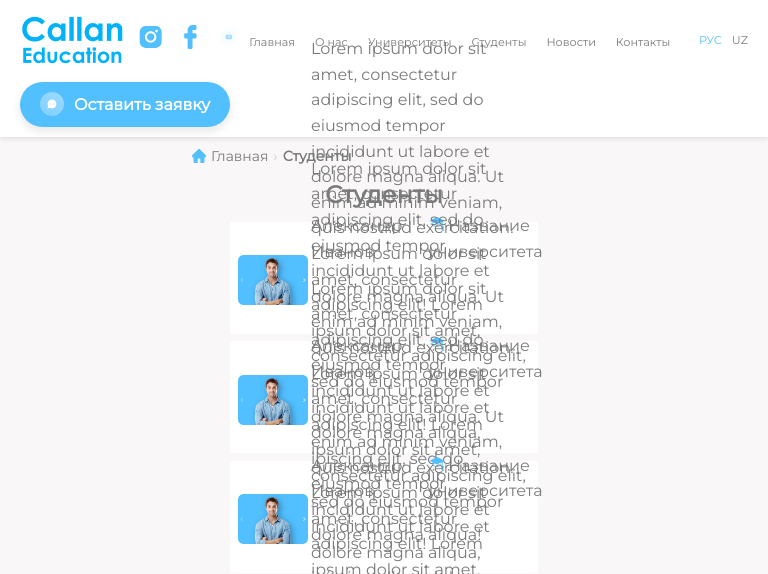
Repository: olyakorzh/Team-project-1
Page: assets/pages/students.html
An editor plug-in stored every save of this project. The page is shown before and after the next save, followed by the edit.
The browser window is 768 px wide. The pictures show the part of the page from y = 0 to 574 px (the page is 2625 px tall).
Pictures or frames that could not be fetched are drawn as grey boxes.

Above is the page before, as saved 2024-12-08 17:38:34.

### assets/pages/students.html
<!DOCTYPE html>
<html lang="ru">
<head>
    <meta charset="UTF-8">
    <meta name="viewport" content="width=device-width, initial-scale=1.0">
    <title>Студенты</title>
    <link rel="stylesheet" href="/assets/styles/students.css" />
</head>
<body>
  <header class="header">
    <div class="header__container">
      <div class="header__logo">
        <img src="../img/main.img/Logo.png" alt="Callan Education" />
      </div>
      <nav class="header__media">
        <ul class="header__media-list">
          <li class="header__media-item">
            <a href="#" class="header__media-link">
              <img
                src="../img/aboutus.img/header_instagramm.svg"
                alt="Instagram"
                class="header__media-icon"
              />
            </a>
          </li>
          <li class="header__media-item">
            <a href="#" class="header__media-link">
              <img
                src="../img/aboutus.img/header_facebook.svg"
                alt="Facebook"
                class="header__media-icon"
              />
            </a>
          </li>
          <li class="header__media-item">
            <a href="#" class="header__media-link">
              <img
                src="../img/aboutus.img/header_youtube.svg"
                alt="YouTube"
                class="header__media-icon"
              />
            </a>
          </li>
        </ul>
      </nav>
      <nav class="header__nav">
        <ul class="menu">
          <li class="menu__item">
            <a href="main.html" class="menu__link">Главная</a>
          </li>
          <li class="menu__item">
            <a href="aboutus.html" class="menu__link">О нас</a>
          </li>
          <li class="menu__item">
            <a href="uni.html" class="menu__link">Университеты</a>
          </li>
          <li class="menu__item">
            <a href="students.html" class="menu__link">Студенты</a>
          </li>
          <li class="menu__item">
            <a href="news.html" class="menu__link">Новости</a>
          </li>
          <li class="menu__item">
            <a href="cont.html" class="menu__link">Контакты</a>
          </li>
        </ul>
        <button class="nav_burger">
          <div class="nav_strip">Главная</div>
          <div class="nav_strip">О нас</div>
          <div class="nav_strip">Университеты</div>
          <div class="nav_strip">Студенты</div>
          <div class="nav_strip">Новости</div>
          <div class="nav_strip">Контакты</div>
        </button>
      </nav>
      <div class="header__language">
        <ul class="header__language-list">
          <li class="header__language-item header__language-item--active">
            РУС
          </li>
          <li class="header__language-item">UZ</li>
        </ul>
      </div>

      <div class="header__actions">
        <a href="#" class="header__button">
          <span class="header__button-icon">
            <img
              src="../img/aboutus.img/header_message.svg"
              alt="Chat Icon"
            />
          </span>
          Оставить заявку
        </a>
      </div>
    </div>
  </header>
      <main>
        <section class="navigation-path">
          <div class="navigation-path__container">
            <a href="./main.html" class="navigation-path__link">
              <img
                src="../img/aboutus.img/bread_home.svg"
                alt="Home"
                class="navigation-path__icon"
              />
              Главная
            </a>
            <span class="navigation-path__separator">›</span>
            <span class="navigation-path__current">Студенты</span>
          </div>
        </section>
          <h2>Студенты</h2>
          <div class="basic">
            <div class="containerstudent"><div class="block_foto"><img src="../img/students.img/photo.png" width="120%" height="100%" alt="Фото студента"></div>
            <div class="block1">Александр Иванов</div>
            <div class="block2"><img src="../img/students.img/uni.png" alt="Шапка студента"> Название университета</div>
            <div class="block3">Lorem ipsum dolor sit amet, consectetur adipiscing elit, sed do eiusmod tempor incididunt ut labore et dolore magna aliqua. Ut enim ad minim veniam, quis nostrud exercitation. Lorem ipsum dolor sit amet, consectetur adipiscing elit! Lorem ipsum dolor sit amet, consectetur adipiscing elit, sed do eiusmod tempor incididunt ut labore et dolore magna aliqua, ipiscing elit, sed do eiusmod tempor incididunt ut labore et dolore magna aliqua!</div>
           </div>
        </div>
        <div class="basic">
          <div class="containerstudent"><div class="block_foto"><img src="../img/students.img/photo.png" width="120%" height="100%" alt="Фото студента"></div>
          <div class="block1">Александр Иванов</div>
          <div class="block2"><img src="../img/students.img/uni.png" alt="Шапка студента"> Название университета</div>
          <div class="block3">Lorem ipsum dolor sit amet, consectetur adipiscing elit, sed do eiusmod tempor incididunt ut labore et dolore magna aliqua. Ut enim ad minim veniam, quis nostrud exercitation. Lorem ipsum dolor sit amet, consectetur adipiscing elit! Lorem ipsum dolor sit amet, consectetur adipiscing elit, sed do eiusmod tempor incididunt ut labore et dolore magna aliqua, ipiscing elit, sed do eiusmod tempor incididunt ut labore et dolore magna aliqua!</div>
         </div>
        </div>
        <div class="basic">
          <div class="containerstudent"><div class="block_foto"><img src="../img/students.img/photo.png" width="120%" height="100%" alt="Фото студента"></div>
          <div class="block1">Александр Иванов</div>
          <div class="block2"><img src="../img/students.img/uni.png" alt="Шапка студента"> Название университета</div>
          <div class="block3">Lorem ipsum dolor sit amet, consectetur adipiscing elit, sed do eiusmod tempor incididunt ut labore et dolore magna aliqua. Ut enim ad minim veniam, quis nostrud exercitation. Lorem ipsum dolor sit amet, consectetur adipiscing elit! Lorem ipsum dolor sit amet, consectetur adipiscing elit, sed do eiusmod tempor incididunt ut labore et dolore magna aliqua, ipiscing elit, sed do eiusmod tempor incididunt ut labore et dolore magna aliqua!</div>
         </div>
        </div>

        <section class="contact">
          <div class="contact__container">
            <div class="contact__left">
              <img
                src="../img/aboutus.img/contact_girl.svg"
                alt="Девушка"
                class="contact__woman"
              />
              <img
                src="../img/aboutus.img/contact_flag.svg"
                alt="Флаг"
                class="contact__flag"
              />
            </div>
            <div class="contact__right">
              <h2 class="contact__title">Связаться с нами</h2>
              <p class="contact__subtitle">
                Оставьте свои данные и наш специалист обязательно свяжется с Вами в
                течение дня
              </p>

              <form class="contact__form">
                <div class="contact__field">
                  <input
                    type="text"
                    class="contact__input"
                    placeholder="Ваше имя"
                  />
                  <img
                    src="../img/aboutus.img/contact_edit_people.svg"
                    alt="Иконка пользователя"
                    class="contact__icon"
                  />
                </div>
                <div class="contact__field">
                  <input
                    type="tel"
                    class="contact__input"
                    placeholder="Номер телефона"
                  />
                  <img
                    src="../img/aboutus.img/contact_edit_phone.svg"
                    alt="Иконка телефона"
                    class="contact__icon"
                  />
                </div>
                <div class="contact__field">
                  <textarea
                    class="contact__textarea"
                    placeholder="Дополнительные комментарии"
                  ></textarea>
                  <img
                    src="../img/aboutus.img/contact_edit_message.svg"
                    alt="Иконка комментария"
                    class="contact__icon"
                  />
                </div>
                <button class="contact__button">
                  <img
                    src="../img/aboutus.img/contact_telegramm_icon.svg"
                    alt="Иконка отправления"
                  />
                  Отправить
                </button>
              </form>
            </div>
            <img
              src="../img/service.img/pencil.png"
              alt="Карандаш"
              class="contact__pencil"
            />
          </div>
        </section>

        <section class="questions">
          <div class="questions__container">
            <!-- Заголовки -->
            <div class="questions__header">
              <h2 class="questions__title">Остались вопросы?</h2>
              <p class="questions__subtitle">
                Свяжитесь с нами и мы ответим на все ваши вопросы
              </p>
            </div>

            <div class="questions__content">
              <!-- Форма -->
              <div class="questions__form">
                <ul class="questions__info">
                  <li class="questions__item">
                    <img
                      src="../img/service.img/call.png"
                      alt="Иконка"
                      class="questions__icon"
                    />
                    <div class="questions__text">
                      <strong>Телефоны</strong>
                      <p>+998 (99) 878-63-99<br />+998 (99) 878-63-99</p>
                    </div>
                  </li>
                  <li class="questions__item">
                    <img
                      src="../img/service.img/location.png"
                      alt="Иконка"
                      class="questions__icon"
                    />
                    <div class="questions__text">
                      <strong>Адрес</strong>
                      <p>г. Город, ул. Улица, 24 (Офис 24)</p>
                    </div>
                  </li>
                  <li class="questions__item">
                    <img
                      src="../img/service.img/time.png"
                      alt="Иконка"
                      class="questions__icon"
                    />
                    <div class="questions__text">
                      <strong>Время работы</strong>
                      <p>Пн–Пт: 9:00 – 18:00</p>
                    </div>
                  </li>
                </ul>

                <button class="questions__button">
                  <img
                    src="../img/aboutus.img/quest_button_clock.svg"
                    alt="Связаться"
                  />
                  Связаться с нами
                </button>
              </div>
            </div>

            <img
              src="../img/service.img/tree.png"
              alt="Дерево"
              class="questions__tree"
            />
            <img
              src="../img/service.img/bus.png"
              alt="Автобус"
              class="questions__bus"
            />
          </div>
        </section>
      </main>
        <footer class="footer">
          <div class="footer__container">
            <!-- Первый этаж -->
            <div class="footer__icon">
              <img src="../img/service.img/callan.png" alt="Callan Education" />
            </div>
            <nav class="footer__nav">
              <ul class="footer__menu">
                <li class="footer__menu-item"><a href="main.html">Главная</a></li>
                <li class="footer__menu-item"><a href="aboutus.html">О нас</a></li>
                <li class="footer__menu-item">
                  <a href="services.html">Услуги</a>
                </li>
                <li class="footer__menu-item">
                  <a href="uni.html">Университеты</a>
                </li>
                <li class="footer__menu-item">
                  <a href="students.html">Студенты</a>
                </li>
                <li class="footer__menu-item"><a href="news.html">Новости</a></li>
                <li class="footer__menu-item">
                  <a href="contact.html">Контакты</a>
                </li>
              </ul>
            </nav>
            <div class="footer__social">
              <a href="#" class="footer__social-link">
                <img src="../img/service.img/inst.png" alt="Instagram" />
              </a>
              <a href="#" class="footer__social-link">
                <img src="../img/service.img/fb.png" alt="Facebook" />
              </a>
              <a href="#" class="footer__social-link">
                <img src="../img/service.img/TG.png" alt="Telegram" />
              </a>
            </div>

            <div class="footer__icon">
              <img src="../img/service.img/world.png" alt="WorldWide Education" />
            </div>
            <div class="footer__contacts">
              <div class="footer__contact-item">
                <img
                  src="../img/service.img/call.png"
                  alt="Телефон"
                  class="footer__icon"
                />
                +998 (99) 878-63-99 +998 (99) 878-63-99
              </div>
              <div class="footer__contact-item">
                <img
                  src="../img/service.img/time.png"
                  alt="Часы работы"
                  class="footer__icon"
                />
                Пн–Пт: 9:00 – 18:00
              </div>
              <div class="footer__contact-item">
                <img
                  src="../img/service.img/location.png"
                  alt="Адрес"
                  class="footer__icon"
                />
                <span>
                  <span class="footer__city">г. Город</span>
                  <span class="footer__address">ул. Улица, 24 (Офис 24)</span>
                </span>
              </div>
            </div>
          </div>
        </footer>
</body>
</html>

### assets/styles/students.css
@font-face {
    font-family: "Montserrat";
    src: url("../fonts/Montserrat/static/Montserrat-Regular.ttf")
      format("truetype");
    font-weight: normal;
    font-style: normal;
  }

  * {
    margin: 0;
    padding: 0;
    box-sizing: border-box;
  }

  body {
    font-family: Montserrat, sans-serif;
    font-size: 16px;
    line-height: 1.6;
    color: #7a7a7a;
    margin: 0;
    padding: 0;
    background-color: #f5f2f28e;
  }


  .header {
    width: 100%;
    background-color: white;
    box-shadow: 0 2px 5px rgba(0, 0, 0, 0.1);
    padding: 10px 20px;
  }

  .header__container {
    display: flex;
    align-items: center;
    justify-content: space-between;
    max-width: 1140px;
    margin: 0 auto;
  }

  .header__logo img {
    max-height: 54px;
    width: auto;
  }

  .header__media-list {
    display: flex;
    gap: 15px;
    list-style: none;
    padding: 0;
    margin: 0;
  }

  .header__media-icon {
    width: 24px;
    height: 24px;
  }

  .header__nav .menu {
    display: flex;
    gap: 20px;
    list-style: none;
    padding: 0;
    margin: 0;
  }

  .menu__link {
    text-decoration: none;
    color: #7a7a7a;
    font-weight: 500;
    font-size: 16px;
    transition: color 0.3s ease;
  }

  .menu__link:hover {
    color: #52bfff;
  }

  .header__language {
    margin-left: 20px;
  }

  .header__language-list {
    display: flex;
    gap: 10px;
    list-style: none;
    padding: 0;
    margin: 0;
  }

  .header__language-item {
    font-size: 16px;
    color: #7a7a7a;
    cursor: pointer;
    transition: color 0.3s ease;
  }

  .header__language-item--active {
    color: #52bfff;
  }

  .header__language-item:hover {
    color: #52bfff;
  }

  .header__actions {
    flex-shrink: 0;
  }

  .header__button {
    display: flex;
    align-items: center;
    justify-content: center;
    padding: 10px 20px;
    background-color: #52bfff;
    color: white;
    text-decoration: none;
    font-size: 16px;
    font-weight: bold;
    border-radius: 24px;
    box-shadow: 0 4px 10px rgba(0, 0, 0, 0.1);
    transition: background-color 0.3s ease, transform 0.2s ease;
  }

  .header__button-icon {
    display: inline-block;
    width: 24px;
    height: 24px;
    margin-right: 10px;
    flex-shrink: 0;
  }
  .header__button-icon img {
    width: 100%;
    height: auto;
    display: block;
  }

  .header__button:hover {
    background-color: #0056b3;
    transform: scale(1.05);
  }

  .navigation-path {
    padding: 1vh 0;
    font-size: 14px;
    background-color: #f5f2f207;
  }

  .navigation-path__container {
    display: flex;
    align-items: center;
    gap: 5px;
    max-width: 50%;
    margin: 0 auto;
  }

  .navigation-path__link {
    text-decoration: none;
    color: #7a7a7a;
    display: flex;
    align-items: center;
    gap: 5px;
    transition: color 0.3s ease;
  }

  .navigation-path__link:hover {
    color: #52bfff;
  }

  .navigation-path__icon {
    width: 14px;
    height: 14px;
    display: block;
  }

  .navigation-path__separator {
    color: #ccc;
    font-size: 14px;
  }

  .navigation-path__current {
    color: #7a7a7a;
    font-weight: bold;
  }

  .nav_burger{
    display: none;
    width: 30px;
    height: 30px;
    border: none;
    border-radius: 50%;
    background-color: rgba(228, 58, 86, 0.6)
    justify-content: center;
    align-items: center;
    flex-direction: column;

  }

  .basic{
    height: 14vh;
    width: 20v;
    margin-bottom: 1px;


  }
  .containerstudent{
    display: grid;
    grid-template-columns: 20% 35% 35%;
    grid-template-rows: 20% 80%;
    gap: 5% 5%;
    align-items: center;
    width: 40%;
    height: 100%;
    margin-top: 1%;
    margin-bottom: 1%;
    padding: 1%;
    background:#ffff
  }
  .block_foto{
    display: grid;
    grid-row-start: 1;
    grid-row-end: 3;
    border-radius: 15%;
    size: 10%;

  }
  .block3{
    grid-column-end: span 2;
  }
  .block1{
    display: grid;
    text-align: left;
  }
  .block2{
    align-content: center;
    text-align: right;
  }
h2{
  display: grid;
  justify-content: center;
}
.basic{
justify-items: center;
}

.contact {
  position: relative;
  max-width: 1200px;
  margin: 0 auto;
  padding: 50px 20px;
  background: radial-gradient(
      ellipse at center,
      rgba(255, 255, 255, 0) 0%,
      rgba(255, 255, 255, 0.6) 100%
    ),
    url("../img/aboutus.img/contact_london.svg") bottom center no-repeat;
  background-size: cover;
  overflow: hidden;
}

.contact::before {
  content: "";
  position: absolute;
  top: -240px;
  left: 0;
  width: 100%;
  height: 472px;
  background: linear-gradient(rgba(220, 220, 220, 0.1), rgba(220, 220, 220, 0)),
    url("../img/aboutus.img/verlauf.svg") top center no-repeat;
  background-size: cover, cover;
  pointer-events: none;
  z-index: 2;
  transform: scaleY(-1);
}

.contact::after {
  content: "";
  position: absolute;
  bottom: 0;
  left: -382px;
  width: 100%;
  height: 206px;
  background: linear-gradient(rgba(220, 220, 220, 0.1), rgba(220, 220, 220, 0)),
    url("../img/aboutus.img/verlauf.svg") bottom center no-repeat;
  background-size: cover;
  pointer-events: none;
  z-index: 2;
  transform: scaleY(-1);
}

.contact__container {
  max-width: 1140px;
  margin: 0 auto;
  display: flex;
  justify-content: space-between;
  align-items: center;
  position: relative;
  z-index: 3;
}

.contact__woman {
  position: absolute;
  bottom: 0;
  left: 50px;
  z-index: 3;
  width: 400px;
}

.contact__flag {
  position: absolute;
  top: 20px;
  left: 0;
  z-index: 3;
  width: 200px;
}

.contact__right {
  position: relative;
  width: 50%;
  background: rgba(255, 255, 255, 0.9);
  padding: 20px;
  border-radius: 12px;
  box-shadow: 0 4px 10px rgba(0, 0, 0, 0.1);
  z-index: 3;
}

.contact__title {
  font-size: 28px;
  color: #7a7a7a;
  margin-bottom: 20px;
  text-align: center;
}

.contact__subtitle {
  font-size: 16px;
  color: #7a7a7a;
  margin-bottom: 20px;
  text-align: center;
}

.contact__form {
  display: flex;
  flex-direction: column;
  gap: 15px;
}

.contact__field {
  position: relative;
  margin-bottom: 20px;
}

.contact__input,
.contact__textarea {
  width: 100%;
  padding: 15px 15px 15px 45px;
  border: none;
  border-radius: 4px;
  font-size: 16px;
  box-sizing: border-box;
  background: rgba(248, 252, 255, 1);
}

.contact__textarea {
  resize: none;
  height: 100px;
}

.contact__icon {
  position: absolute;
  left: 15px;
  top: 50%;
  transform: translateY(-50%);
  width: 20px;
  height: 20px;
  pointer-events: none;
}

.contact__button {
  display: flex;
  align-items: center;
  gap: 10px;
  width: 220px;
  height: 50px;
  padding: 5px;
  background-color: #52bfff;
  color: white;
  font-size: 16px;
  font-weight: bold;
  border: none;
  border-radius: 30px;
  cursor: pointer;
  transition: background-color 0.3s ease, transform 0.2s;
  box-shadow: 0 4px 10px rgba(0, 0, 0, 0.1);
  position: absolute;
  bottom: -25px;
  left: 50%;
  transform: translateX(-50%);
  z-index: 2;
  justify-content: start;
}

.contact__button image {
  width: 40px;
  height: 40px;
  flex-shrink: 0;
  margin: 0;
}

.contact__button:hover {
  background-color: #0056b3;
  transform: translateX(-50%) scale(1.05);
}

.contact__pencil {
  position: absolute;
  top: 10px;
  right: -30px;
  transform: rotate(15deg);
  width: 290px;
  height: auto;
  z-index: 4;
}


.questions {
  position: relative;
  overflow: visible;
  margin: 0;
  padding: 0;
}

.questions__container {
  max-width: 1200px;
  min-height: 630px;
  margin: 0 auto;
  position: relative;
  background: url("../img/service.img/map.png") top center no-repeat;
  background-size: cover;
}

.questions__container::before {
  content: "";
  position: absolute;
  top: 0;
  left: 0;
  width: 100%;
  height: 100%;
  background: url("../img/service.img/map.png") top center no-repeat;
  background-size: cover;
  z-index: -1;
}

.questions__header {
  text-align: center;
}

.questions__title {
  font-size: 32px;
  color: #52bfff;
  margin-top: 61px;
}

.questions__subtitle {
  font-size: 18px;
  color: #7a7a7a;
  margin-top: 10px;
}

.questions__content {
  display: flex;
  justify-content: center;
  align-items: center;
  gap: 20px;
  position: absolute;
  height: auto;
  width: 30%;
  padding: 0 20px;
  margin-top: 69px;
  left: 40%;
  top: 20%;
}

.questions__form {
  position: relative;
  background: rgba(255, 255, 255, 0.9);
  padding: 20px;
  border-radius: 12px;
  box-shadow: 0 4px 10px rgba(0, 0, 0, 0.1);
  max-width: 367px;
  height: 304px;
  text-align: left;
  z-index: 1;
  margin: 0 auto;
}

.questions__form::before {
  content: "";
  position: absolute;
  top: 10px;
  left: 10px;
  right: 10px;
  bottom: 10px;
  border: 1px dashed #ecf6fc;
  border-radius: 12px;
  pointer-events: none;
  z-index: -1;
}

.questions__info {
  list-style: none;
  padding: 0;
  margin: 0;
  display: flex;
  flex-direction: column;
  gap: 15px;
}

.questions__item {
  display: flex;
  align-items: flex-start;
  gap: 10px;
}

.questions__icon {
  width: 24px;
  height: 24px;
  flex-shrink: 0;
}

.questions__text {
  display: flex;
  flex-direction: column;
  gap: 5px;
}

.questions__text strong {
  font-size: 16px;
  color: #313131;
}

.questions__text p {
  font-size: 14px;
  color: #7a7a7a;
  margin: 0;
}

.questions__button {
  display: flex;
  align-items: center;
  gap: 10px;
  width: 220px;
  height: 50px;
  padding: 5px;
  background-color: #52bfff;
  color: white;
  font-size: 16px;
  font-weight: bold;
  border: none;
  border-radius: 30px;
  cursor: pointer;
  transition: background-color 0.3s ease, transform 0.2s;
  box-shadow: 0 4px 10px rgba(0, 0, 0, 0.1);
  position: absolute;
  bottom: -25px;
  left: 50%;
  transform: translateX(-50%);
  z-index: 2;
  justify-content: start;
}

.questions__button:hover {
  background-color: #0056b3;
  transform: translateX(-50%) scale(1.05);
}

.questions__button img {
  width: 40px;
  height: 40px;
  flex-shrink: 0;
  margin: 0;
}

.questions__tree {
  position: absolute;
  left: 0;
  bottom: 160px;
  max-width: 581px;
  max-height: 434px;
  z-index: 1;
}

.questions__bus {
  position: absolute;
  right: 0;
  bottom: 39px;
  max-width: 25%;
  max-height: auto;
  z-index: 1;
}

.footer {
  position: relative;
  background-color: white;
  margin-top: 0;
  padding: 20px 0;
}

.footer::before,
.footer::after {
  content: "";
  position: absolute;
  left: 0;
  right: 0;
  height: 1px;
  border-top: 1px dashed #ecf6fc;
  pointer-events: none;
}

.footer__container {
  display: grid;
  grid-template-columns: 100px 1fr 200px;
  grid-template-rows: auto auto;
  gap: 20px;
  max-width: 1200px;
  margin: 0 auto;
  padding: 20px;
}

.footer__icon:first-of-type {
  grid-column: 1 / 2;
  grid-row: 1 / 2;
}

.footer__nav {
  grid-column: 2 / 3;
  grid-row: 1 / 2;
  display: flex;
  justify-content: left;
  align-items: center;
}

.footer__social {
  grid-column: 3 / 4;
  grid-row: 1 / 2;
  display: flex;
  justify-content: flex-end;
  gap: 10px;
}

.footer__icon:last-of-type {
  grid-column: 1 / 2;
  grid-row: 2 / 3;
}

.footer__contacts {
  grid-column: 2 / 4;
  grid-row: 2 / 3;
  display: flex;
  flex-wrap: wrap;
  gap: 20px;
  align-items: center;
  justify-content: flex-start;
}

.footer__contact-list {
  list-style: none;
  padding: 0;
  margin: 0;
  display: flex;
  flex-direction: column;
  gap: 10px;
}

.footer__menu {
  display: flex;
  gap: 15px;
  list-style: none;
  margin: 0;
  padding: 0;
}
.footer__menu-item a {
  text-decoration: none;
  color: #7a7a7a;
  font-size: 14px;
  transition: color 0.3s ease;
}

.footer__menu-item a:hover {
  color: #52bfff;
}

.footer__icon img {
  max-width: 100%;
}
.footer__city {
  color: #313131;
  font-weight: bold;
}

.footer__address {
  color: #7a7a7a;
}

/* Адаптация */

@media (max-width: 1200px) {
  .menu__link {
    font-size: 0.7em;
  }

  .header__language-item {
    font-size: 0.7em;
  }
}

@media (max-width: 1000px){
  .menu__link {
    font-size: 0.7em;
}





@media (max-width: 768px) {
  .header__container {
    flex-wrap: wrap;
  }

  .header__button {
    margin-top: 10px;
    width: 100%;
    justify-content: center;
  }

  .contact {
    background: radial-gradient(
        ellipse at center,
        rgba(255, 255, 255, 0) 0%,
        rgba(255, 255, 255, 0.6) 100%
      ),
      url("../img/aboutus.img/contact_london.svg") bottom center no-repeat;
  }

  .contact__container {
    flex-direction: column;
    text-align: center;
  }

  .contact__right {
    width: 100%;
  }

  .contact__woman {
    position: relative;
    bottom: unset;
    left: unset;
    width: 200px;
    margin: 20px auto;
  }

  .contact__flag {
    display: none;
  }

  .contact__pencil {
    display: none;
  }

  .footer__container {
    grid-template-columns: 1fr;
    grid-template-rows: auto;
    gap: 15px;
  }

  .footer__social {
    justify-content: center;
  }

  .footer__contacts {
    grid-column: 1 / 2;
  }
}

After the next save:
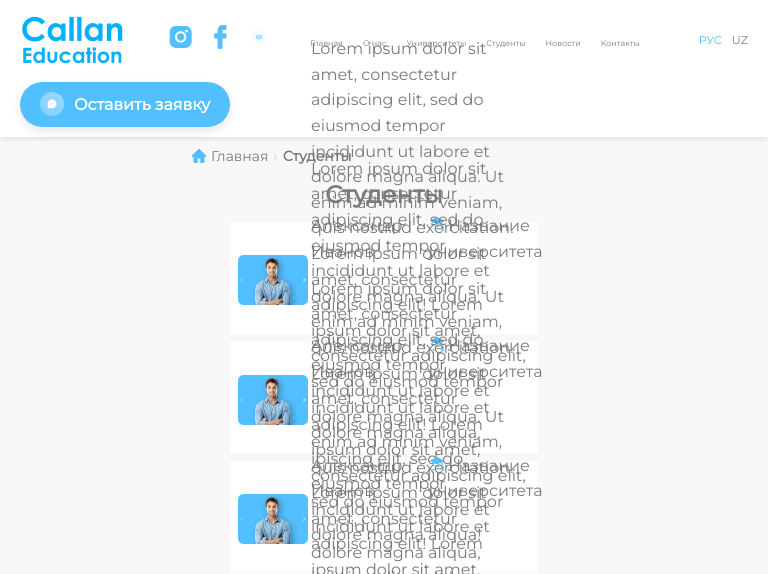
Saved 4 s later.
--- a/assets/styles/students.css
+++ b/assets/styles/students.css
@@ -715,7 +715,7 @@
 
 @media (max-width: 1000px){
   .menu__link {
-    font-size: 0.7em;
+    font-size: 0.5em;
 }
 
 
